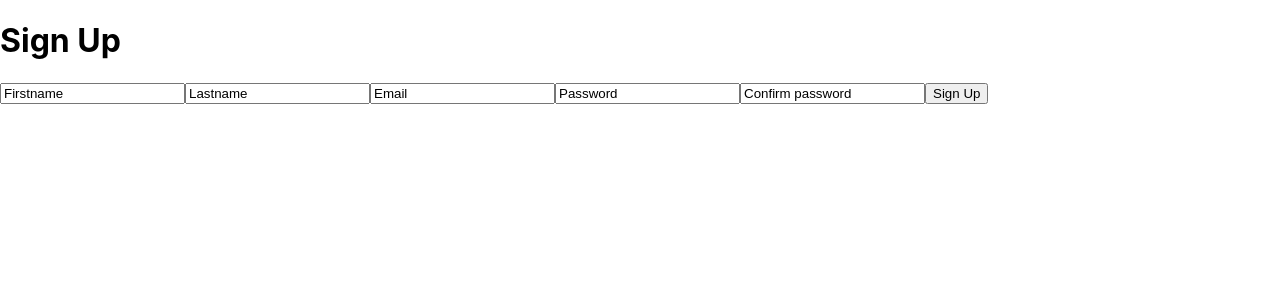
Repository: khamraeva/JSP-homework1-sighup
Page: /
The author's editor kept a copy of each file at every save. The page is drawn from the files as they stood at one save, then again after the next save.
The browser window is 1280 px wide. The pictures show the whole page.
The project was rebuilt for these pictures with package versions that can differ from the ones it lists, and the page was loaded fresh each time.

Above is the page before, as saved 2020-07-22 16:26:19.

### src/App.js
import React from 'react';
import SignUp from './Components/SignUp/SignUp';


function App() {
  return (
    <div className="App">
      <SignUp />
    </div>
  );
}

export default App;

### src/Components/SignUp/SignUp.js
import React, { Component } from 'react';
import './SignUp.css';

class SignUp extends Component {
    render() {
        return (
            <div className={'signup-container'}>
                <h1>Sign Up</h1>
                <form>
                    <input
                        type='text'
                        value='Firstname'
                    />
                    <input
                        type='text'
                        value='Lastname'
                    />
                    <input
                        type='text'
                        value='Email'
                    />
                    <input
                        type='text'
                        value='Password'
                    />
                    <input
                        type='text'
                        value='Confirm password'
                    />
                    <button>Sign Up</button>
                </form>
            </div>
        )
    }
}

export default SignUp

### src/Components/SignUp/SignUp.css
.signup-container {

}

Loaded but not shown: public/index.html (common file); src/index.js (common file); src/index.css (common file); src/serviceWorker.js (common file)

After the next save:
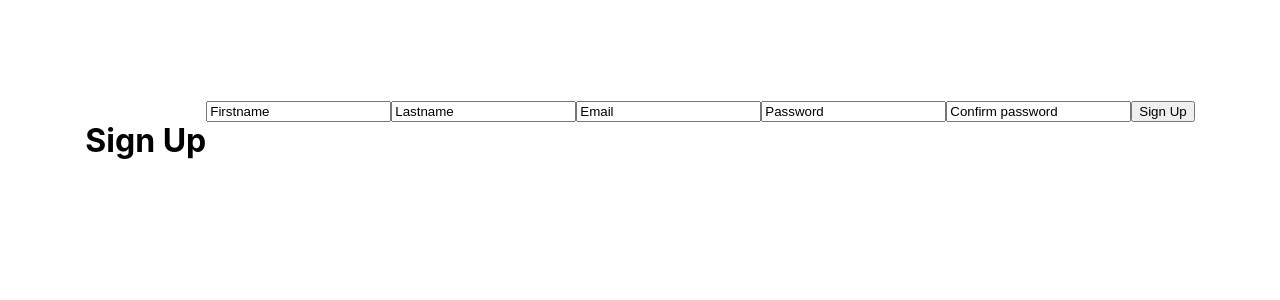
Saved 10 s later.
--- a/src/Components/SignUp/SignUp.css
+++ b/src/Components/SignUp/SignUp.css
@@ -1,3 +1,8 @@
 .signup-container {
-
+    display: flex;
+    justify-content: center;
+    padding-top: 100px;
+    flex-grow: 1;
+    width: 100%;
+    background:
 }
